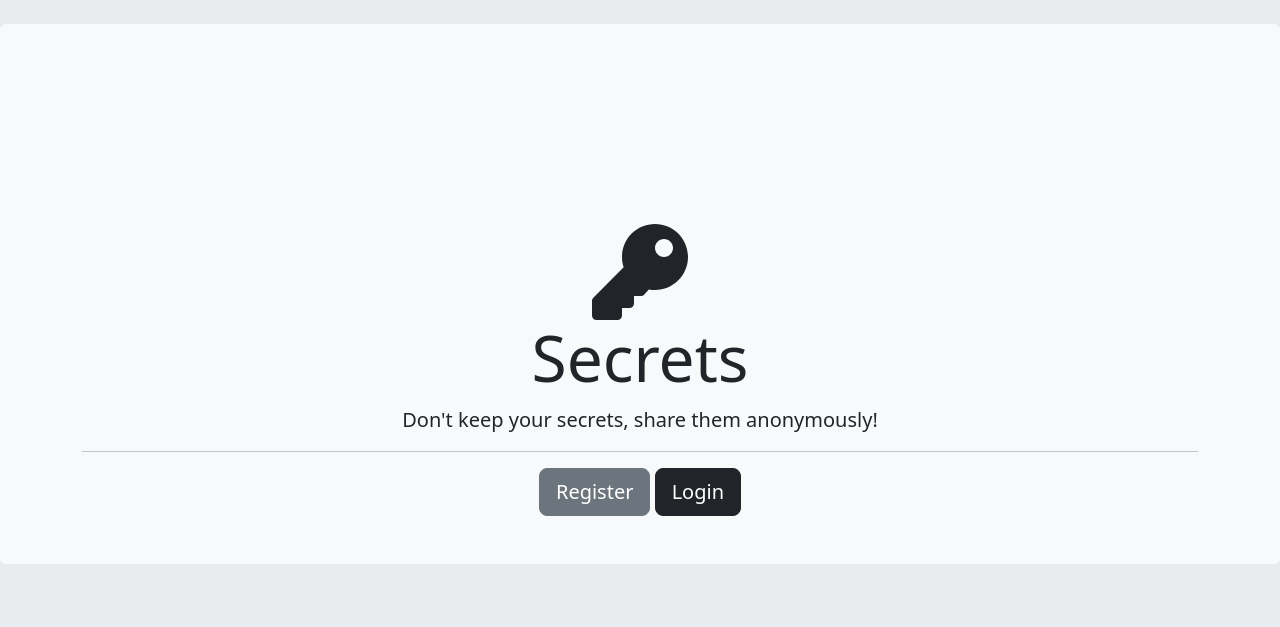
Repository: hritik1204/authentication
Page: http://localhost/
An editor plug-in stored every save of this project. The page is shown before and after the next save, followed by the edit.
The browser window is 1280 px wide. The pictures show the whole page.
The page is served by the project's Node server (app.js).

Above is the page before, as saved 2022-07-07 17:18:11.

After the next save:
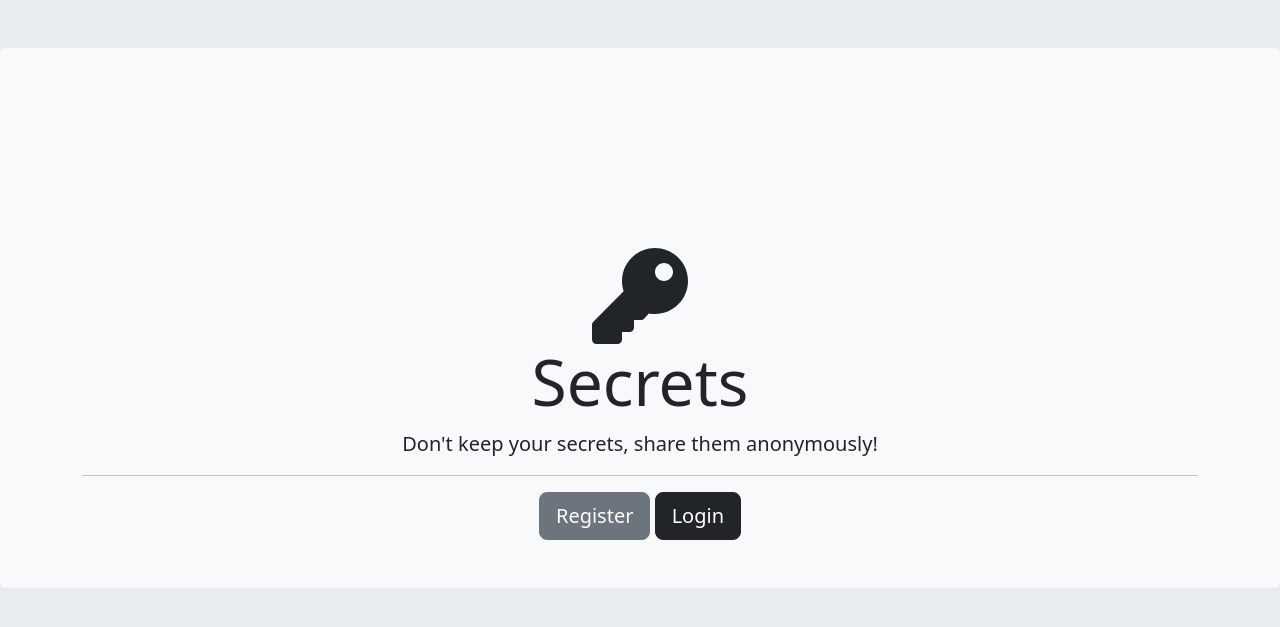
Saved 27 s later.
--- a/views/home.ejs
+++ b/views/home.ejs
@@ -1,7 +1,7 @@
 <%- include('partials/header') %>
 
 
-    <div class="bg-light  rounded pb-5 mt-4  centered">
+    <div class="bg-light  rounded pb-5 mt-5  centered">
         <div class="container">
             <i class="fas fa-key fa-6x"></i>
             <h1 class="display-3">Secrets</h1>
